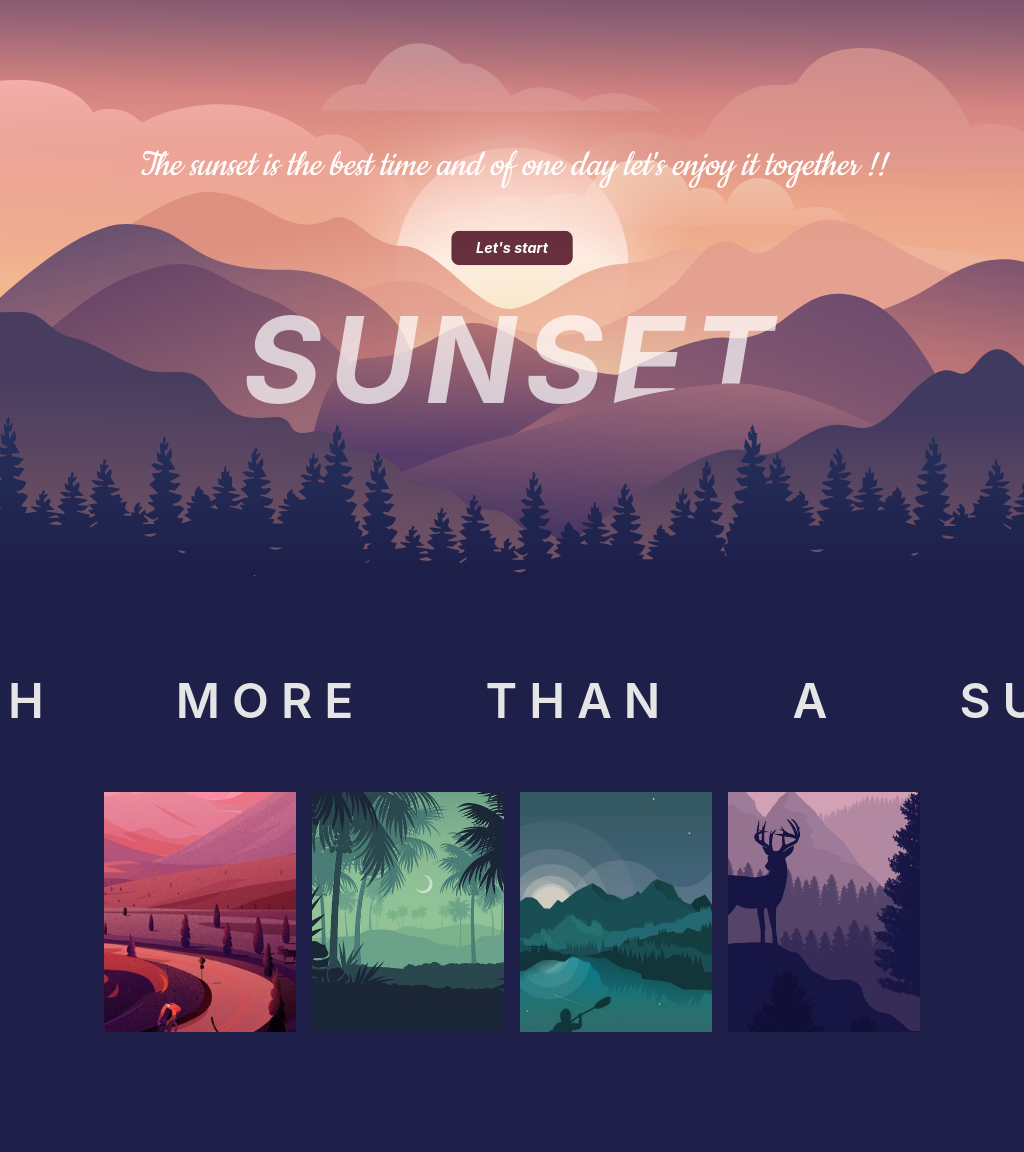
Repository: nambui98/parallax
Page: /
An editor plug-in stored every save of this project. The page is shown before and after the next save, followed by the edit.
The browser window is 1280 px wide. The pictures show the whole page, at 80% of full size.
The project was rebuilt for these pictures with package versions that can differ from the ones it lists, and the page was loaded fresh each time. Also part of the build but not shown: vite.config.ts.

Above is the page before, as saved 2022-03-24 16:39:32.

### src/App.tsx
import { useEffect, useRef, useState } from 'react'
import { Link, useLocation, useNavigate } from 'react-router-dom';
import bg_1 from './assets/images/bg_1.svg'
import bg_2 from './assets/images/bg_2.svg'
import bg_3 from './assets/images/bg_3.svg'
import bg_4 from './assets/images/bg_4.svg'
import bg_5 from './assets/images/bg_5.svg'
import bg_6 from './assets/images/bg_6.svg'
import bg_7 from './assets/images/bg_7.svg'
import bg_8 from './assets/images/bg_8.svg'
import bg_9 from './assets/images/bg_9.svg'
import bg_10 from './assets/images/bg_10.svg'
import bg_11 from './assets/images/bg_11.svg'
import content1 from './assets/images/content1.png'
import content2 from './assets/images/content2.svg'
import content3 from './assets/images/content3.svg'
import content4 from './assets/images/content4.svg'
import icon from './assets/images/icon.svg'
import './App.scss'

function App() {
  let location = useLocation();
  console.log(location);

  const bg_1Ref = useRef<any>()
  const bg_2Ref = useRef<any>()
  const bg_3Ref = useRef<any>()
  const bg_4Ref = useRef<any>()
  const bg_5Ref = useRef<any>()
  const bg_6Ref = useRef<any>()
  const bg_7Ref = useRef<any>()
  const bg_8Ref = useRef<any>()
  const bg_9Ref = useRef<any>()
  const bg_10Ref = useRef<any>()
  const bg_11Ref = useRef<any>()
  const h3Ref = useRef<any>()
  const h1Ref = useRef<any>()
  const bannerRef = useRef<any>()
  const btnRef = useRef<any>()
  const h1p2Ref = useRef<any>()
  const card1Ref = useRef<any>()
  const card2Ref = useRef<any>()
  const card3Ref = useRef<any>()
  const card4Ref = useRef<any>()
  let url = window.location.href.split("/");
  // console.log(location);

  useEffect(() => {
    window.addEventListener("scroll", () => {
      let value = window.scrollY;
      // h3Ref.current.style =
      // bg_1Ref.current.style.left = `calc(${value}px + 40rem)`;
      bg_9Ref.current.style.transform = `scale(${1 + value * 0.0005})`
      bg_10Ref.current.style.transform = `scale(${1 + value * 0.0005})`
      bg_8Ref.current.style.transform = `scale(${1 + value * 0.0005})`
      bg_7Ref.current.style.transform = `scale(${1 + value * 0.0005})`
      bg_6Ref.current.style.transform = `scale(${1 + value * 0.0005})`
      bg_5Ref.current.style.transform = `scale(${1 + value * 0.0005})`
      bg_4Ref.current.style.transform = `translateX(-50%) scale(${1 + value * 0.0005})`
      bg_3Ref.current.style.transform = `scale(${1 + value * 0.0005})`
      bg_2Ref.current.style.transform = `scale(${1 + value * 0.0005})`
      bg_1Ref.current.style.transform = `scale(${1 + value * 0.0005})`
      bg_11Ref.current.style.transform = `scale(${1 + value * 0.0004})`

      h3Ref.current.style.transform = `translateZ(${value * 0.8}px) scale(${1 + (value * 0.0009)})`
      h1Ref.current.style.transform = `translateY(${value * 0.2}px)`
      btnRef.current.style.transform = `translate(-50%, calc(-50% - ${value * 0.2}px))`
      h1p2Ref.current.style.transform = `scale(${0.5 + (1 - value * 0.0004)})`
      h1p2Ref.current.style.letterSpacing = `${-value * 0.001 + 1}rem`
      h1p2Ref.current.style.wordSpacing = `${- value * 0.01 + 8}rem`

      // card2Ref.current.style.wordSpacing = `${- value * 0.01 + 8}rem`
      // card3Ref.current.style.wordSpacing = `${- value * 0.01 + 8}rem`
      // card4Ref.current.style.wordSpacing = `${- value * 0.01 + 8}rem`
      // h1p2Ref.current.style.fontWeight = `${- value * 0.001 + 2}rem`

    })

    return () => {
      window.removeEventListener("scroll", () => {

      })
    }
  }, [])
  useEffect(() => {

    // debugger
    let target = url[url.length - 1].toLowerCase();
    if (target === "content") {

      card1Ref.current.classList.add(`animation`)
    }
    let element = document.getElementById(target);
    element && element.scrollIntoView({ behavior: "smooth", block: "start" });
  }, [location]);
  return (
    <div className="App">
      <div className="main">
        <div className="banner" id='home' ref={bannerRef}>
          <img className='bg_1' ref={bg_1Ref} src={bg_1} alt="" />
          <img className='bg_2' ref={bg_2Ref} src={bg_2} alt="" />
          <img className='bg_3' ref={bg_3Ref} src={bg_3} alt="" />
          <img className='bg_4' ref={bg_4Ref} src={bg_4} alt="" />
          <img className='bg_5' ref={bg_5Ref} src={bg_5} alt="" />
          <img className='bg_6' ref={bg_6Ref} src={bg_6} alt="" />
          <img className='bg_7' ref={bg_7Ref} src={bg_7} alt="" />
          <img className='bg_8' ref={bg_8Ref} src={bg_8} alt="" />
          <img className='bg_9' ref={bg_9Ref} src={bg_9} alt="" />
          <img className='bg_10' ref={bg_10Ref} src={bg_10} alt="" />
          <img className='bg_11' ref={bg_11Ref} src={bg_11} alt="" />

          <h3 ref={h3Ref}>The sunset is the best time and of one day let's enjoy it together !!</h3>
          <h1 ref={h1Ref}>Sunset</h1>
        </div>
        <Link to="/content" className="btn" ref={btnRef}>Let's start</Link>
        <div className="content" id="content">
          <h1 ref={h1p2Ref}> <Link to="/home" className='content__link'><img src={icon} alt="" /></Link> Much more than a sunset</h1>
          <div className="content__list">
            <div className="content__card" ref={card1Ref}>
              <div className="content__bg">
              </div>
              <h3 className='content__txt'>Enjoy the scenery on the road</h3>
            </div>
            <div className="content__card" ref={card2Ref}>
              <div className="content__bg content__bg--2">
              </div>
              <h3 className='content__txt'>Enjoy the scenery on the road</h3>
            </div>
            <div className="content__card " ref={card3Ref}>
              <div className="content__bg content__bg--3">
              </div>
              <h3 className='content__txt'>Enjoy the scenery on the road</h3>
            </div>
            <div className="content__card" ref={card4Ref}>
              <div className="content__bg content__bg--4">
              </div>
              <h3 className='content__txt'>Enjoy the scenery on the road</h3>
            </div>
          </div>
        </div>
      </div>
    </div>
  )
}

export default App

### src/App.scss
@import url('https://fonts.googleapis.com/css2?family=Cookie&display=swap');
*,
*::after,
*::before{
  padding: 0;
  margin: 0;
  box-sizing: inherit;
}
html{
  font-size: 62.5%;
  box-sizing: border-box;
}
.main{
  // perspective: 1px;
overflow: hidden;
}
.banner{
  background: linear-gradient(181.12deg, #6D4869 -4.47%, #906074 5.09%, #D58480 18.15%, #ECA58B 34.03%, #F8C995 69.69%);
  height: 100vh;
  position: relative;
  z-index: -1;
  overflow: hidden;
  perspective: 1000px;
  h3{
    position: absolute;
    top: 18rem;
    width: 100%;
    font-size: 5rem;
    font-weight: 400;
    font-style: italic;
    color: #fff;
    font-family: 'Cookie', cursive;
    text-align: center;
    // left: 50%;
    // transform: translateX(-50%);
  }
  h1{
    position: absolute;
    bottom: 18rem;
    width: 100%;
    font-size: 15rem;
    font-style: italic;
    color: rgba(255, 255, 255, .7);
    text-align: center;
    text-transform: uppercase;
    z-index: 0;
    letter-spacing: 1rem;
  }
  img{
    position: absolute;
    z-index: 0;
    &.bg_1{
      top: 5.4rem;
      left: 40rem;
    }
    &.bg_2{
      left: 0;
      top: 10rem;
    }
    &.bg_3{
      right: 0;
      top: 6rem;
    }
    &.bg_4{
      left: 50%;
      top: 8rem;
      transform: translateX(-50%);
      // top: 28.6rem;
      width: 50rem;
    }
    &.bg_5{
      right: 22rem;
      top: 20rem;
    }
    &.bg_6{
      right: 0;
      left: 0;
      top: 24rem;
      width: 100%;
    }
    &.bg_7{
      right: 0;
      left: 0;
      top: 28rem;
      width: 100%;
      // z-index: 1;
    }
     &.bg_8{
      bottom: -3rem;
      width: 100%;
      z-index: 2;
    }
    &.bg_9{
      width: 100%;
      top: 33rem;
      // z-index: 1;
    }
    &.bg_10{
      bottom: -6rem;
      z-index: 1;
    }
    &.bg_11{
      bottom: 0rem;
      width: 100%;
      z-index: 2;
    }
  }
}
.btn{
  z-index: 100;

  position: absolute;
  top: calc(50% - 5rem);
  left: 50%;
  transform: translate(-50%, -50%);
  border: none;
  background: rgba(65, 0, 22, 0.8);
  font-style: italic;
  color: #fff;
  padding: 1rem 3rem;
  border-radius: 1rem;
  cursor: pointer;
  font-size: 1.8rem;
  font-weight: 700;
  border: 1px solid transparent;
  // transition: .3s all;
  text-decoration: none;
  &:hover{
    color: rgba(65, 0, 22, 0.8);
    background: transparent;
    border-color: rgba(65, 0, 22, 0.8);
  }
}
.content{
  height: 100vh;
  width: 100%;
  background-color: #1E2049;
}
.content{
  display: flex;
  align-items: center;
  flex-direction: column;
  h1{
    color: #E5E5E5;
    font-size: 4rem;
    font-weight: 600;
    margin-top: 13rem;
    display: flex;
    align-items: center;
    letter-spacing: .3rem;
    text-transform: uppercase;

    img{
      height: 5rem;
      cursor: pointer;
      display: block;
      transition: .3s all;
      &:hover{
        transform: translateX(-1rem);
      }
    }
  }
  &__list{
    display: flex;
    justify-content: space-between;
    gap: 2rem;
    height: 30rem;
    margin-top: 5rem;
  }
  &__card{
    width: 24rem;
    overflow: hidden;
    position: relative;
    cursor: pointer;
    transform:  translateY(4rem);
    animation: card 1s;
    @keyframes card {
      from{
        transform:  translateY(4rem);
      }
      to{
        transform:  translateY(0rem);
      }
    }
    // &.animation{
    //   transform:  translateY(0rem);
    // }
  }
  &__bg{

    position: absolute;
    inset: 0;
    &::before{
      content:"";
      background-image: url(./assets/images/content1.png);
      background-size: cover;
      background-position-x: -3rem;
      background-position-y: -10rem;
      background-repeat: no-repeat;
      background-origin: content-box;
      position: absolute;
      inset: 0;
      transform: scale(1.5);
      transition: .3s all;
    }
    &--2{
      transform: scaleX(-1);
      &::before{
        background-image: url(./assets/images/content2.png);
        // background-position-x: 0;
        background-position-y: 0;
      }
    }
    &--3{
      &::before{
        background-image: url(./assets/images/content3.png);
        // background-position-x: right;
        // background-position-y: top;
      }
    }
    &--4{
    &::before{
      background-image: url(./assets/images/content4.png);
      // background-position-x: right;
      // background-position-y: top;
    }
  }

  }
  &__img{
    width: 100%;
    height: 100%;
    object-fit: cover;
  }
  &__txt{
    height: 9.4rem;
    background: rgba(0, 0, 0, 0.1);
    backdrop-filter: blur(80px);
    position: absolute;
    bottom: 0;
    width: 100%;
    color: #E5E5E5;
    font-size: 2rem;
    font-weight: normal;
    padding: 2rem;
    // height: 0;
    transform: translateY(100%);
    opacity: 0;
    transition: .3s all;
  }
  &__card:hover &__txt{
    opacity: 1;
    transform: translateY(0);
  }
  &__card:hover &__bg::before{
    background-position-x: 0px;
    background-position-y: -15rem;
    transform: scale(1);
  }
   &__card:hover &__bg--2::before{
    background-position-x: 0px;
    background-position-y: -4.5rem;
  }
  // &__card:hover{
  //   height: calc(100% - 9.4rem);
  // }
}

Loaded but not shown: index.html (common file); src/main.tsx (common file); src/index.css (common file)

After the next save:
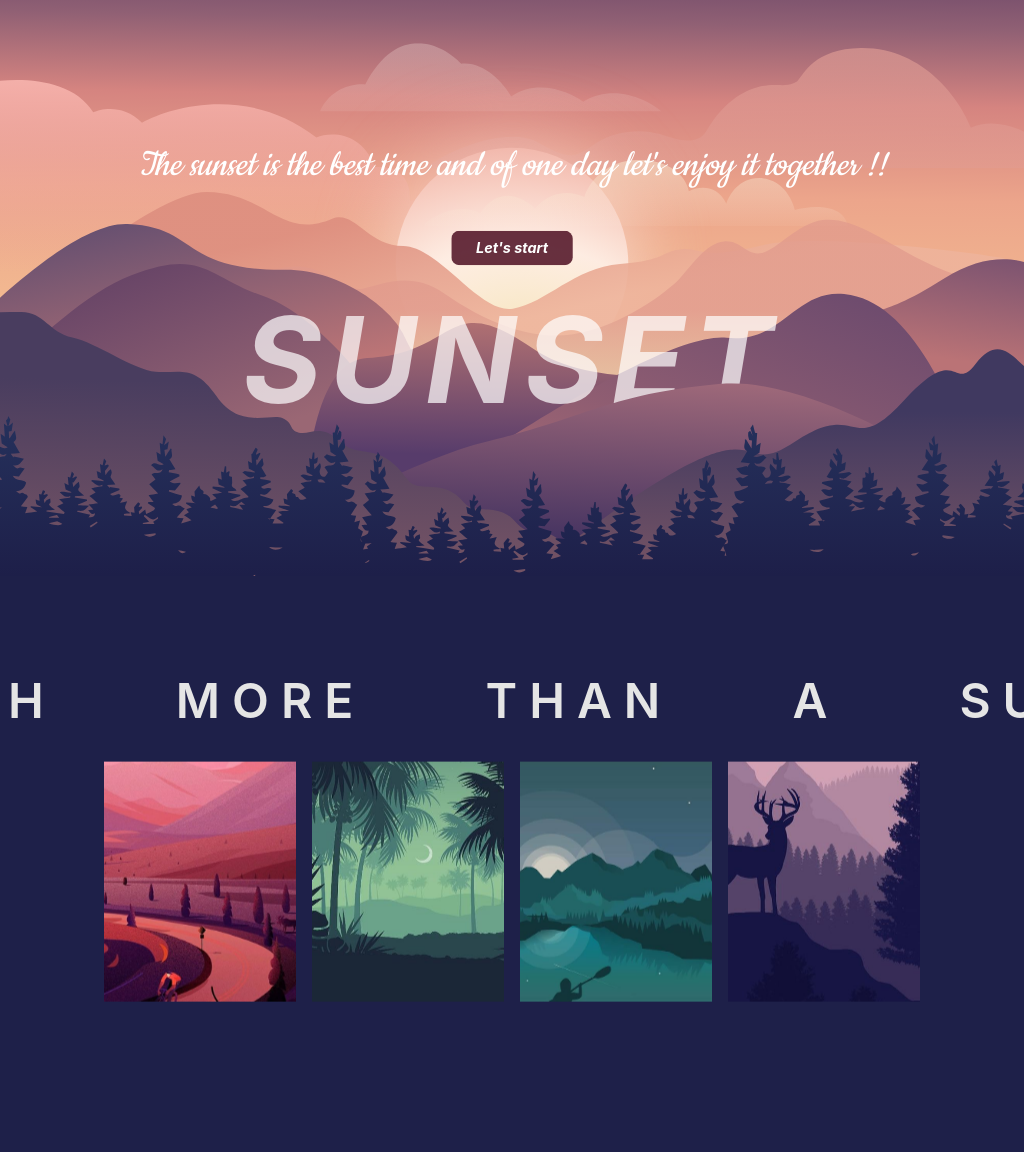
Saved 15 s later.
--- a/src/App.scss
+++ b/src/App.scss
@@ -173,7 +173,7 @@
     position: relative;
     cursor: pointer;
     transform:  translateY(4rem);
-    animation: card 1s;
+    animation: card 1s infinite;
     @keyframes card {
       from{
         transform:  translateY(4rem);

After the save that followed:
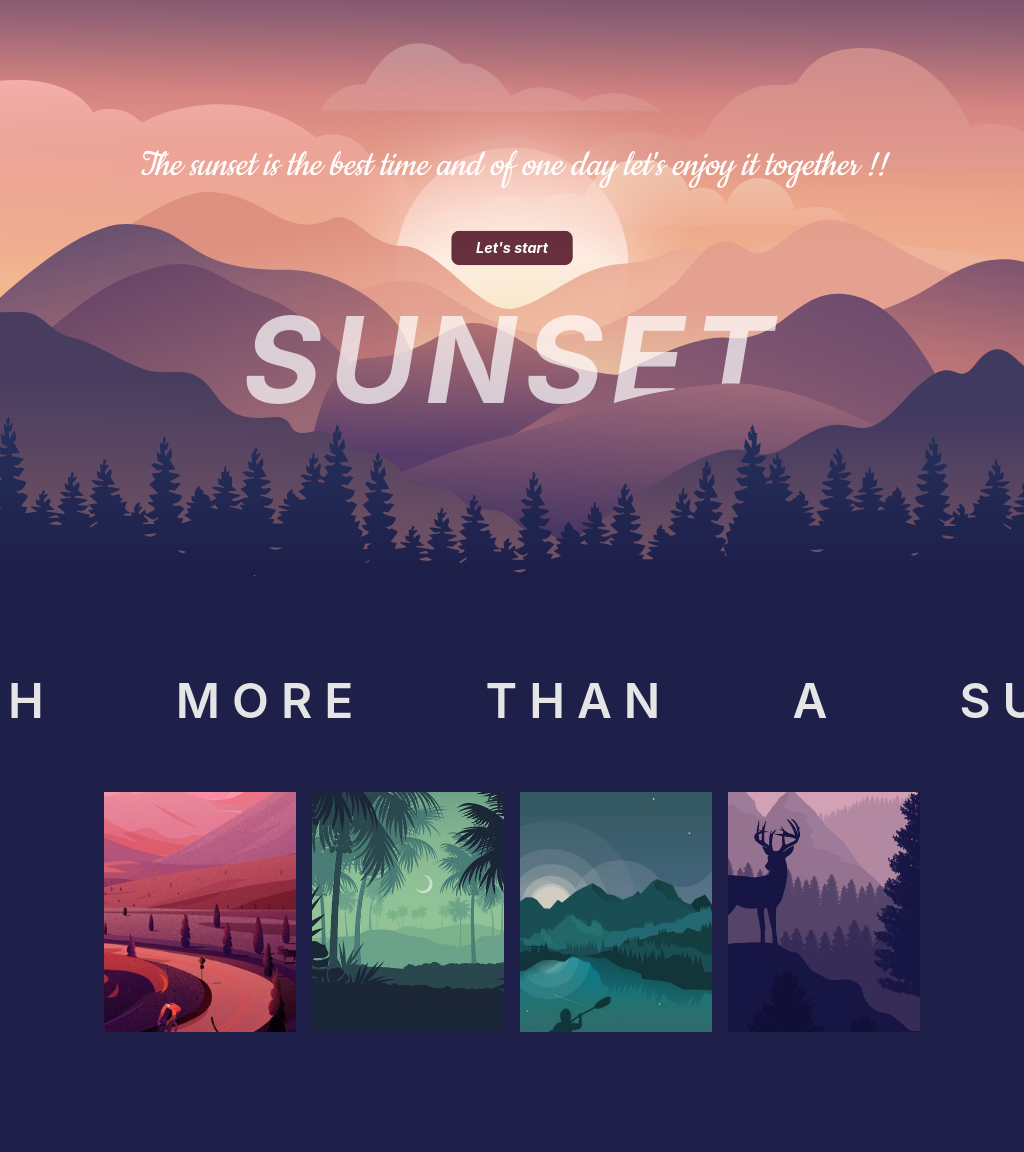
Saved 6 s later.
--- a/src/App.scss
+++ b/src/App.scss
@@ -173,7 +173,7 @@
     position: relative;
     cursor: pointer;
     transform:  translateY(4rem);
-    animation: card 1s infinite;
+    animation: card 1s backwards;
     @keyframes card {
       from{
         transform:  translateY(4rem);
